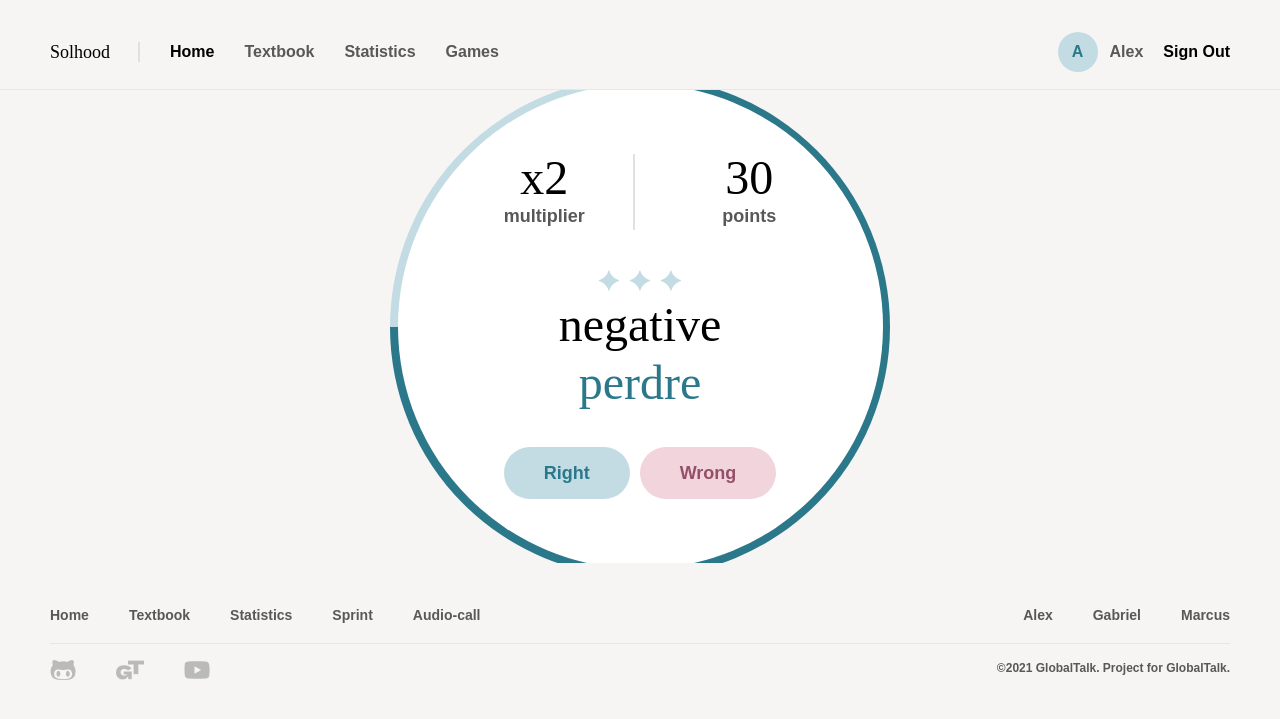
Repository: haudnn/solhood
Page: /game
The author's editor kept a copy of each file at every save. The page is drawn from the files as they stood at one save, then again after the next save.
The browser window is 1280 px wide. The pictures show the whole page.
The project was rebuilt for these pictures with package versions that can differ from the ones it lists, and the page was loaded fresh each time. Also part of the build but not shown: src/pages/Home.tsx, src/pages/Sprint.tsx.

Above is the page before, as saved 2023-01-03 18:15:43.

### src/index.css
@tailwind base;
@tailwind components;
@tailwind utilities;

@import url('https://fonts.googleapis.com/css2?family=Dela+Gothic+One&family=Montserrat:wght@400;500;600;700&display=swap');

@layer components {
    html{
        scroll-behavior: smooth;
    }
    .app-container{
        width: 1180px !important;
        margin: 0 auto !important;
    }
    .wrapper {
        height: calc(100vh - 90px);
        overflow: hidden;
    }
    .line {
        position: relative;
    }
    .wrapper-calc {
        height: calc(100vh - 90px - 157px);
        overflow: hidden;
    }
    .circular-progess::before{
        content: "";
        position: absolute;
        height: 485px;
        width: 485px;
        border-radius: 50%;
        background-color: white;
    }
    .line::before{
        position: absolute;
        content: "";
        right: -30px;
        border-right: 2px solid #e0e0e0 ;
        height: 20px;
        top: 50%;
        transform: translateY(-50%);
    }
    .line-long {
        position: relative;
    }
    .line-long::before{
        position: absolute;
        content: "";
        right: 0px;
        border-right: 2px solid #e0e0e0 ;
        height: 100%;
        top: 50%;
        transform: translateY(-50%);
    }
    .bridge::before {
        position: absolute;
        left:0;
        top:-16px;
        width: 100%;
        height: 20px;
        content:"";
        display: block;
    }
    .grid {
        width: 100%;
        display: block !important;
        padding: 0;
    }

    .grid.wide {
        max-width: 1200px;
        margin: 0 auto;
    }

    .row {
        display: flex;
        flex-wrap: wrap;
        margin-left: -4px;
        margin-right: -4px;
    }

    .row.no-gutters {
        margin-left: 0;
        margin-right: 0;
    }

    .col {
        padding-left: 4px;
        padding-right: 4px;
    }

    .row.no-gutters .col {
        padding-left: 0;
        padding-right: 0;
    }

    .c-0 {
        display: none;
    }

    .c-1 {
        flex: 0 0 8.33333%;
        max-width: 8.33333%;
    }

    .c-2 {
        flex: 0 0 16.66667%;
        max-width: 16.66667%;
    }

    .c-3 {
        flex: 0 0 25%;
        max-width: 25%;
    }

    .c-4 {
        flex: 0 0 33.33333%;
        max-width: 33.33333%;
    }

    .c-5 {
        flex: 0 0 41.66667%;
        max-width: 41.66667%;
    }

    .c-6 {
        flex: 0 0 50%;
        max-width: 50%;
    }

    .c-7 {
        flex: 0 0 58.33333%;
        max-width: 58.33333%;
    }

    .c-8 {
        flex: 0 0 66.66667%;
        max-width: 66.66667%;
    }

    .c-9 {
        flex: 0 0 75%;
        max-width: 75%;
    }

    .c-10 {
        flex: 0 0 83.33333%;
        max-width: 83.33333%;
    }

    .c-11 {
        flex: 0 0 91.66667%;
        max-width: 91.66667%;
    }

    .c-12 {
        flex: 0 0 100%;
        max-width: 100%;
    }

    .c-o-1 {
        margin-left: 8.33333%;
    }

    .c-o-2 {
        margin-left: 16.66667%;
    }

    .c-o-3 {
        margin-left: 25%;
    }

    .c-o-4 {
        margin-left: 33.33333%;
    }

    .c-o-5 {
        margin-left: 41.66667%;
    }

    .c-o-6 {
        margin-left: 50%;
    }

    .c-o-7 {
        margin-left: 58.33333%;
    }

    .c-o-8 {
        margin-left: 66.66667%;
    }

    .c-o-9 {
        margin-left: 75%;
    }

    .c-o-10 {
        margin-left: 83.33333%;
    }

    .c-o-11 {
        margin-left: 91.66667%;
    }

    /* >= Tablet */
    @media (min-width: 740px) {
        .row {
            margin-left: -8px;
            margin-right: -8px;
        }

        .col {
            padding-left: 8px;
            padding-right: 8px;
        }

        .m-0 {
            display: none;
        }

        .m-1,
        .m-2,
        .m-3,
        .m-4,
        .m-5,
        .m-6,
        .m-7,
        .m-8,
        .m-9,
        .m-10,
        .m-11,
        .m-12 {
            display: block;
        }

        .m-1 {
            flex: 0 0 8.33333%;
            max-width: 8.33333%;
        }

        .m-2 {
            flex: 0 0 16.66667%;
            max-width: 16.66667%;
        }

        .m-3 {
            flex: 0 0 25%;
            max-width: 25%;
        }

        .m-4 {
            flex: 0 0 33.33333%;
            max-width: 33.33333%;
        }

        .m-5 {
            flex: 0 0 41.66667%;
            max-width: 41.66667%;
        }

        .m-6 {
            flex: 0 0 50%;
            max-width: 50%;
        }

        .m-7 {
            flex: 0 0 58.33333%;
            max-width: 58.33333%;
        }

        .m-8 {
            flex: 0 0 66.66667%;
            max-width: 66.66667%;
        }

        .m-9 {
            flex: 0 0 75%;
            max-width: 75%;
        }

        .m-10 {
            flex: 0 0 83.33333%;
            max-width: 83.33333%;
        }

        .m-11 {
            flex: 0 0 91.66667%;
            max-width: 91.66667%;
        }

        .m-12 {
            flex: 0 0 100%;
            max-width: 100%;
        }

        .m-o-1 {
            margin-left: 8.33333%;
        }

        .m-o-2 {
            margin-left: 16.66667%;
        }

        .m-o-3 {
            margin-left: 25%;
        }

        .m-o-4 {
            margin-left: 33.33333%;
        }

        .m-o-5 {
            margin-left: 41.66667%;
        }

        .m-o-6 {
            margin-left: 50%;
        }

        .m-o-7 {
            margin-left: 58.33333%;
        }

        .m-o-8 {
            margin-left: 66.66667%;
        }

        .m-o-9 {
            margin-left: 75%;
        }

        .m-o-10 {
            margin-left: 83.33333%;
        }

        .m-o-11 {
            margin-left: 91.66667%;
        }
    }

    /* PC medium resolution > */
    @media (min-width: 1113px) {
        .row {
            margin-left: -12px;
            margin-right: -12px;
        }

        .row.sm-gutter {
            margin-left: -5px;
            margin-right: -5px;
        }

        .col {
            padding-left: 12px;
            padding-right: 12px;
        }

        .row.sm-gutter .col {
            padding-left: 5px;
            padding-right: 5px;
        }

        .l-0 {
            display: none;
        }

        .l-1,
        .l-2,
        .l-2-4,
        .l-3,
        .l-4,
        .l-5,
        .l-6,
        .l-7,
        .l-8,
        .l-9,
        .l-10,
        .l-11,
        .l-12 {
            display: block;
        }

        .l-1 {
            flex: 0 0 8.33333%;
            max-width: 8.33333%;
        }

        .l-2 {
            flex: 0 0 16.66667%;
            max-width: 16.66667%;
        }

        .l-2-4 {
            flex: 0 0 20%;
            max-width: 20%;
        }

        .l-3 {
            flex: 0 0 25%;
            max-width: 25%;
        }

        .l-4 {
            flex: 0 0 33.33333%;
            max-width: 33.33333%;
        }

        .l-5 {
            flex: 0 0 41.66667%;
            max-width: 41.66667%;
        }

        .l-6 {
            flex: 0 0 50%;
            max-width: 50%;
        }

        .l-7 {
            flex: 0 0 58.33333%;
            max-width: 58.33333%;
        }

        .l-8 {
            flex: 0 0 66.66667%;
            max-width: 66.66667%;
        }

        .l-9 {
            flex: 0 0 75%;
            max-width: 75%;
        }

        .l-10 {
            flex: 0 0 83.33333%;
            max-width: 83.33333%;
        }

        .l-11 {
            flex: 0 0 91.66667%;
            max-width: 91.66667%;
        }

        .l-12 {
            flex: 0 0 100%;
            max-width: 100%;
        }

        .l-o-1 {
            margin-left: 8.33333%;
        }

        .l-o-2 {
            margin-left: 16.66667%;
        }

        .l-o-3 {
            margin-left: 25%;
        }

        .l-o-4 {
            margin-left: 33.33333%;
        }

        .l-o-5 {
            margin-left: 41.66667%;
        }

        .l-o-6 {
            margin-left: 50%;
        }

        .l-o-7 {
            margin-left: 58.33333%;
        }

        .l-o-8 {
            margin-left: 66.66667%;
        }

        .l-o-9 {
            margin-left: 75%;
        }

        .l-o-10 {
            margin-left: 83.33333%;
        }

        .l-o-11 {
            margin-left: 91.66667%;
        }
    }

    /* Tablet - PC low resolution */
    @media (min-width: 740px) and (max-width: 1023px) {
        .wide {
            width: 644px;
        }
    }

    /* > PC low resolution */
    @media (min-width: 1024px) and (max-width: 1239px) {
        .wide {
            width: 984px;
        }

        .wide .row {
            margin-left: -12px;
            margin-right: -12px;
        }

        .wide .row.sm-gutter {
            margin-left: -5px;
            margin-right: -5px;
        }

        .wide .col {
            padding-left: 12px;
            padding-right: 12px;
        }

        .wide .row.sm-gutter .col {
            padding-left: 5px;
            padding-right: 5px;
        }

        .wide .l-0 {
            display: none;
        }

        .wide .l-1,
        .wide .l-2,
        .wide .l-2-4,
        .wide .l-3,
        .wide .l-4,
        .wide .l-5,
        .wide .l-6,
        .wide .l-7,
        .wide .l-8,
        .wide .l-9,
        .wide .l-10,
        .wide .l-11,
        .wide .l-12 {
            display: block;
        }

        .wide .l-1 {
            flex: 0 0 8.33333%;
            max-width: 8.33333%;
        }

        .wide .l-2 {
            flex: 0 0 16.66667%;
            max-width: 16.66667%;
        }

        .wide .l-2-4 {
            flex: 0 0 20%;
            max-width: 20%;
        }

        .wide .l-3 {
            flex: 0 0 25%;
            max-width: 25%;
        }

        .wide .l-4 {
            flex: 0 0 33.33333%;
            max-width: 33.33333%;
        }

        .wide .l-5 {
            flex: 0 0 41.66667%;
            max-width: 41.66667%;
        }

        .wide .l-6 {
            flex: 0 0 50%;
            max-width: 50%;
        }

        .wide .l-7 {
            flex: 0 0 58.33333%;
            max-width: 58.33333%;
        }

        .wide .l-8 {
            flex: 0 0 66.66667%;
            max-width: 66.66667%;
        }

        .wide .l-9 {
            flex: 0 0 75%;
            max-width: 75%;
        }

        .wide .l-10 {
            flex: 0 0 83.33333%;
            max-width: 83.33333%;
        }

        .wide .l-11 {
            flex: 0 0 91.66667%;
            max-width: 91.66667%;
        }

        .wide .l-12 {
            flex: 0 0 100%;
            max-width: 100%;
        }

        .wide .l-o-1 {
            margin-left: 8.33333%;
        }

        .wide .l-o-2 {
            margin-left: 16.66667%;
        }

        .wide .l-o-3 {
            margin-left: 25%;
        }

        .wide .l-o-4 {
            margin-left: 33.33333%;
        }

        .wide .l-o-5 {
            margin-left: 41.66667%;
        }

        .wide .l-o-6 {
            margin-left: 50%;
        }

        .wide .l-o-7 {
            margin-left: 58.33333%;
        }

        .wide .l-o-8 {
            margin-left: 66.66667%;
        }

        .wide .l-o-9 {
            margin-left: 75%;
        }

        .wide .l-o-10 {
            margin-left: 83.33333%;
        }

        .wide .l-o-11 {
            margin-left: 91.66667%;
        }
    }
}

### src/App.tsx
import "./App.css";
import { BrowserRouter } from 'react-router-dom';
import RouterConfig from './config/RouterConfig';
import Footer from "./components/Layout/Footer";
import Header from "./components/Layout/Header";
function App() {
  return (
    <div className="App font-montserrat">
      <BrowserRouter>
        <Header />
        <RouterConfig/>
        <Footer/>
      </BrowserRouter>
    </div>
  );
}

export default App;

### src/config/RouterConfig.tsx
import React from 'react'
import { Routes, Route } from 'react-router-dom';
import {router} from '../constants';
const RouterConfig = () => {
  return (
    <Routes>
    {router.map(({ path, component }) => (
      <Route key={path} path={path} element={component} />
    ))}
  </Routes>
  )
}

export default RouterConfig

### src/components/Layout/Footer.tsx
import React from "react";
import github from '../../assets/imgs/github.png';
import GT from '../../assets/imgs/GT.png'
import youtube from '../../assets/imgs/youtube.png'
const Footer = () => {
  return (
    <footer>
      <div className="bg-greyligt py-[40px]">
        <div className="app-container">
          <div className="pb-4 border-b border-solid boder-[greymedium]">
            <div className="grid">
              <div className="row">
                <div className="col l-6">
                  <ul className="flex items-center gap-x-10">
                    <li>
                      <a
                        className="text-sm font-semibold text-greydark"
                        href="/"
                      >
                        Home
                      </a>
                    </li>
                    <li>
                      <a
                        className="text-sm font-semibold text-greydark"
                        href="/"
                      >
                        Textbook
                      </a>
                    </li>
                    <li>
                      <a
                        className="text-sm font-semibold text-greydark"
                        href="/"
                      >
                        Statistics
                      </a>
                    </li>
                    <li>
                      <a
                        className="text-sm font-semibold text-greydark"
                        href="/"
                      >
                        Sprint
                      </a>
                    </li>
                    <li>
                      <a
                        className="text-sm font-semibold text-greydark"
                        href="/"
                      >
                        Audio-call
                      </a>
                    </li>
                  </ul>
                </div>
                <div className="col l-6">
                  <ul className="flex items-center justify-end gap-x-10">
                    <li>
                      <a
                        className="text-sm font-semibold text-greydark"
                        href="/"
                      >
                        Alex
                      </a>
                    </li>
                    <li>
                      <a
                        className="text-sm font-semibold text-greydark"
                        href="/"
                      >
                        Gabriel
                      </a>
                    </li>
                    <li>
                      <a
                        className="text-sm font-semibold text-greydark"
                        href="/"
                      >
                        Marcus
                      </a>
                    </li>
                  </ul>
                </div>
              </div>
            </div>
          </div>
          <div className="pt-4">
            <div className="grid">
              <div className="row">
                <div className="col l-6">
                  <ul className="flex items-center gap-x-10">
                    <li>
                      <a href="/">
                        <img src={github} alt="" />
                      </a>
                    </li>
                    <li>
                      <a href="/">
                        <img src={GT} alt="" />
                      </a>
                    </li>
                    <li>
                      <a href="/">
                        <img src={youtube} alt="" />
                      </a>
                    </li>
                  </ul>
                </div>
                <div className="col l-6">
                  <div className="flex items-center justify-end">
                    <span className="text-xs font-semibold text-greydark ">
                      ©2021 GlobalTalk. Project for GlobalTalk.
                    </span>
                  </div>
                </div>
              </div>
            </div>
          </div>
        </div>
      </div>
    </footer>
  );
};

export default Footer;

### src/components/Layout/Header.tsx
import React from "react";

const Header = () => {
  return (
      <header className="py-8 border-b border-solid border-[grey-dark] bg-greyligt max-h-[90px]">
        <div className="app-container">
          <div className="grid">
            <div className="row">
              <div className="col l-6">
                <div className="flex items-center gap-x-[60px] h-full">
                  <div className="line">
                    <a href="/" className="text-lg text-black font-dela">Solhood</a>
                  </div>
                  <div className="">
                    <ul className="flex items-center gap-x-[30px]">
                      <li>
                        <a
                          className="text-base font-semibold text-black"
                          href="/"
                        >
                          Home
                        </a>
                      </li>
                      <li>
                        <a
                          className="text-base font-semibold text-greydark"
                          href="/"
                        >
                          Textbook
                        </a>
                      </li>
                      <li>
                        <a
                          className="text-base font-semibold text-greydark"
                          href="/"
                        >
                          Statistics
                        </a>
                      </li>
                      <li className="relative group">
                        <a
                          className="text-base font-semibold text-greydark"
                          href="/"
                        >
                          Games
                        </a>
                        <div className="z-10 group-hover:block hidden absolute bg-white rounded-xl shadow-lg w-[215px] p-5 top-10 bridge">
                          <ul>
                            <li className="mb-2 text-base font-semibold text-greydark">
                              <a href="/sprint">Sprint</a>
                            </li>
                            <li>
                              <a href="/" className="text-base font-semibold text-greydark">Audio call</a>
                            </li>
                          </ul>
                        </div>
                      </li>
                    </ul>
                  </div>
                </div>
              </div>
              <div className="col l-6">
                <div className="flex justify-end">
                  <div className="flex items-center mr-5 gap-x-3">
                    <div className="flex items-center justify-center w-10 h-10 rounded-[50%] bg-cyanlight">
                      <span className="text-base font-semibold text-cyandark">
                        A
                      </span>
                    </div>
                    <span className="text-base font-semibold text-greydark">
                      Alex
                    </span>
                  </div>
                  <div className="flex items-center">
                    <a href="/" className="text-base font-semibold text-black">
                      Sign Out
                    </a>
                  </div>
                </div>
              </div>
            </div>
          </div>
        </div>
      </header>
  );
};

export default Header;

### src/constants/index.ts
import router from "./router"

export {router}

### src/constants/router.tsx
import Game from "../pages/Game";
import Home from "../pages/Home";
import Sprint from "../pages/Sprint";
const router = [
 {
    path: '/',
    component: <Home />,
 },
 {
   path: '/sprint',
   component: <Sprint />,
 },
 {
  path: '/game',
   component: <Game />,
 }

]
export default router;

### src/pages/Game.tsx
import React from "react";
import level from "../assets/imgs/level.png";
const Game = () => {
  return (
    <div className="game bg-greyligt">
      <div className="flex items-center justify-center wrapper-calc">
        <div style={{background: `conic-gradient(#2b788b ${270}deg, #c3dce3 0deg)`}} className=" circular-progess relative w-[500px] h-[500px] rounded-[50%] flex items-center justify-center">
          <div className="relative">
            <div className="flex items-center justify-between mb-10 ">
              <div className="flex flex-col items-center line-long before:-right-[50px]">
                <p className="text-5xl font-dela">x2</p>
                <p className="text-lg font-semibold text-greydark">
                  multiplier
                </p>
              </div>
              <div className="flex flex-col items-center ">
                <p className="text-5xl font-dela">30</p>
                <p className="text-lg font-semibold text-greydark">points</p>
              </div>
            </div>
            <div className="mb-10">
              <div className="flex items-center justify-center gap-x-[10px] mb-[10px]">
                <div>
                  <img
                    src={level}
                    alt=""
                    className="object-cover w-full h-full"
                  />
                </div>
                <div>
                  <img
                    src={level}
                    alt=""
                    className="object-cover w-full h-full"
                  />
                </div>
                <div>
                  <img
                    src={level}
                    alt=""
                    className="object-cover w-full h-full"
                  />
                </div>
              </div>
              <div>
                <p className="text-5xl font-dela mb-[10px] text-center">
                  negative
                </p>
                <p className="text-5xl font-dela mb-[10px] text-cyandark text-center">
                  perdre
                </p>
              </div>
            </div>
            <div className="flex items-center justify-center gap-x-[10px]">
              <button className="px-10 py-3 rounded-full bg-cyanlight">
                <span className="text-lg font-bold text-cyandark">Right</span>
              </button>
              <button className="px-10 py-3 rounded-full bg-pinklight">
                <span className="text-lg font-bold text-pinkdark">Wrong</span>
              </button>
            </div>
          </div>
        </div>
      </div>
    </div>
  );
};

export default Game;

### tailwind.config.js
/** @type {import('tailwindcss').Config} */
module.exports = {
  content: ["./src/**/*.{html,jsx,js,tsx}"],
  theme: {
    fontFamily: {
      dela: ["Dela Gothic One", "cursive"],
      montserrat: ["Montserrat", "sans-serif"],
    },
    extend: {
      colors: {
        cyandesign: "#5996a5",
        cyandark: "#2b788b",
        cyanlight: "#c3dce3",
        pinkdesign: "#a15993",
        pinkdark: "#945069",
        pinklight: "#f2d4dc",
        black: "#000000",
        greyligt: "#f6f5f4",
        greymedium: "#e0e0e0",
        greyicon: "#bababa",
        greydark: "#585858",
        greendesign: "#639b6d",
        reddesign: "#a95151",
        yellowdesign: "#c4a24c",
        orangedesign: "#cb5b43",
      },
    },
  },
  plugins: [],
}

Loaded but not shown: public/index.html (common file); src/index.tsx (common file); src/App.css (common file)

After the next save:
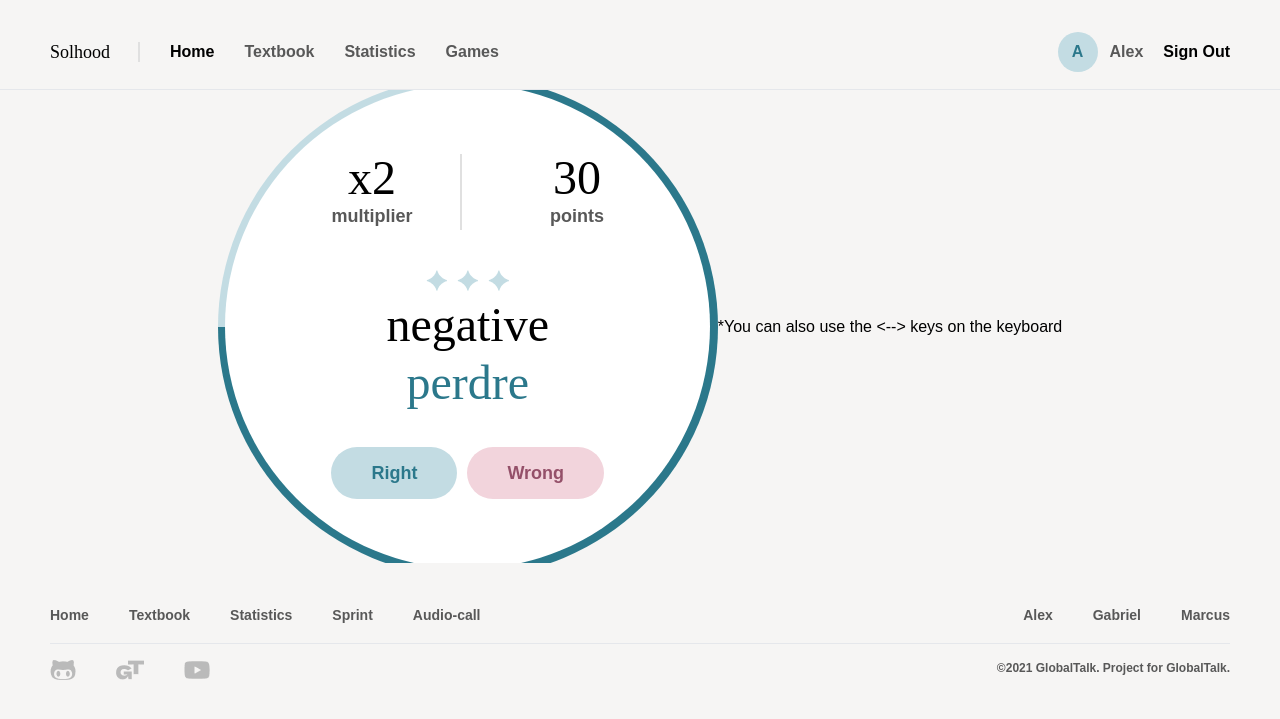
Saved 94 s later.
--- a/src/pages/Game.tsx
+++ b/src/pages/Game.tsx
@@ -61,6 +61,9 @@ const Game = () => {
             </div>
           </div>
         </div>
+        <div>
+            <p>*You can also use the {"<-"}{"->"} keys on the keyboard  </p>
+        </div>
       </div>
     </div>
   );
